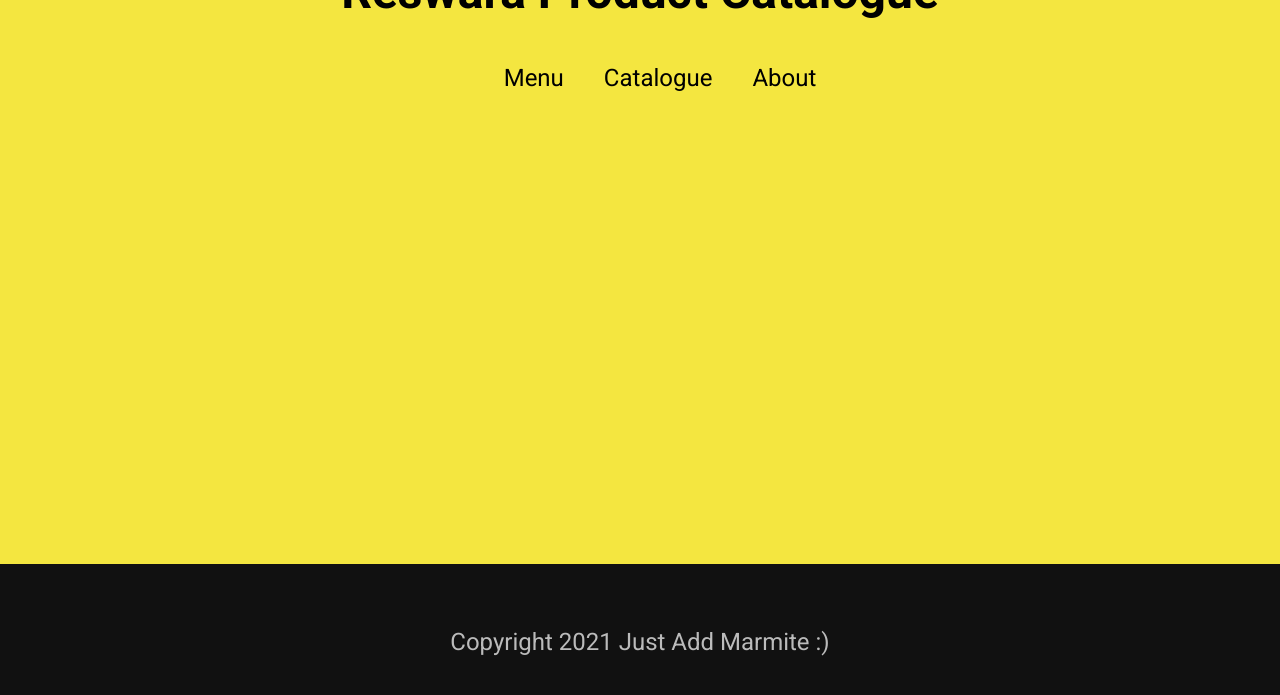
Repository: Fauzaanmhmd/Skripsi
Page: /
The author's editor kept a copy of each file at every save. The page is drawn from the files as they stood at one save, then again after the next save.
The browser window is 1280 px wide. The pictures show the whole page.
The project was rebuilt for these pictures with package versions that can differ from the ones it lists, and the page was loaded fresh each time. The framework's server and built-in components were replaced by stand-ins that run in the browser. Also part of the build but not shown: next.config.js.

Above is the page before, as saved 2021-05-24 20:50:59.

### pages/index.js
import { createClient } from "contentful"
import Layout from '../components/Layout'

export default function Recipes({ recipes }) {
  console.log(recipes)
  return (
    <Layout>
      Ini beranda
    </Layout>

  )
}

### styles/globals.css
@import url('https://fonts.googleapis.com/css2?family=Roboto:ital,wght@0,100;0,300;0,400;0,500;0,700;0,900;1,100;1,300;1,400;1,500;1,700;1,900&display=swap');

body {
  background: #F4E640;
  margin: 0;
  font-family: 'Roboto';
  font-size: 1.5em;
}
.layout {
  min-height: 100vh;
  display: flex;
  flex-direction: column;
}
header {
  text-align: center;
}
header a {
  text-decoration: none;
  color: black;
  text-transform: uppercase;
  display: inline-block;
}
header h1, header h2 {
  margin: 0;
}
header span {
  display: block;
  line-height: 1em;
}
header span:first-child {
  font-size: 1em;
  font-weight: 400;
}
header span:last-child {
  font-size: 1.5em;
  font-weight: 800;
}
header h2 {
  font-size: 1.2em;
  font-weight: 400;
}
footer {
  background: #111;
  color: #bbb;
  padding: 40px;
  text-align: center;
  margin-top: auto
}
.page-content {
  max-width: 1200px;
  margin: 20px auto 80px;
  padding: 0 20px;
  width: 100%;
  box-sizing: border-box;
}

.navbar {
  display: flex;
  justify-content: center;
  height: 100px;
  align-items: center;
  background-color: #F4E640;
  position: fixed;
  flex-direction: column;
  z-index: 999;
  width: 100%;
  margin-bottom: 150px;
}

ul{
  list-style-type: none;
  display: flex;
}

li {
  margin: 20px;
  cursor: pointer;
  border-bottom: 2px solid #F4E640;
}
li:hover {
background-color: transparent;
border-bottom: 2px solid black;
}
.navimg{
  position: absolute;
  left: 20px;
}

.zoom:hover {
  -ms-transform: scale(1.5); /* IE 9 */
  -webkit-transform: scale(1.5); /* Safari 3-8 */
  transform: scale(1.5);
  transition: transform .9s;
}

img {
  width: 550px;
  height: 380px;
  margin: 10px 30px 0px 30px;
  padding: 10px 20px 0px 20px;
  display: flex;
  justify-content: center;
  align-items: center;
  position: relative;
  cursor: pointer;
}

img:hover {
  -ms-transform: scale(1.1); /* IE 9 */
  -webkit-transform: scale(1.1); /* Safari 3-8 */
  transform: scale(1.1);
  transition: transform .9s;
}

.image {
  display: grid;
  grid-template-columns: repeat(2,minmax(0,1fr));
  grid-gap: .5rem;
  padding: 0 50px;
}

.button {
  cursor : pointer;
  margin: 0 30px;
  padding: 0 20px;
  width: 100px;
}

.button {
  cursor: pointer;
    margin-bottom: 30px;
    margin-top: 30px;
    margin-left: 0px;
    margin-right: 0px;
    padding-top: 10px;
    padding-bottom: 10px;
    border-top-width: 2px;
    border-bottom-width: 2px
}

.img-bg {
  display: flex;
  background-color: white;
  flex-direction: column;
  justify-content: center;
  align-items: center;
  width: 65%;
  height: 150px;
  margin: -50px 0px 40px 90px;
}

.zoom-dropdown:hover {
  -ms-transform: scale(1.5); /* IE 9 */
  -webkit-transform: scale(1.5); /* Safari 3-8 */
  transform: scale(1.5);
  transition: transform .9s;
}

### components/Layout.js
import Link from 'next/link'
import Navbar from './Navbar'

export default function Layout({ children }) {

  return (
    <div className="layout">
      <header>
        <Navbar />
      </header>

      <div className="page-content">
        {children}
      </div>



      <footer>
        <p>Copyright 2021 Just Add Marmite :)</p>
      </footer>
    </div >
  )
}

### components/Navbar.js
import Link from 'next/link'

const Navbar = props => {
    return (
        <div className="navbar">
            <h1 className="zoom">Reswara Product Catalogue</h1>
            <ul className="navbar_menu">
                <Link href="/">
                    <li className="zoom">Menu</li>
                </Link>
                <Link href="/catalogue">
                    <li className="zoom-dropdown">Catalogue</li>
                </Link>
                <Link href="/about">
                    <li className="zoom">About</li>
                </Link>
            </ul>
        </div>
    )
}

export default Navbar

Loaded but not shown: pages/_app.js (common file)

After the next save:
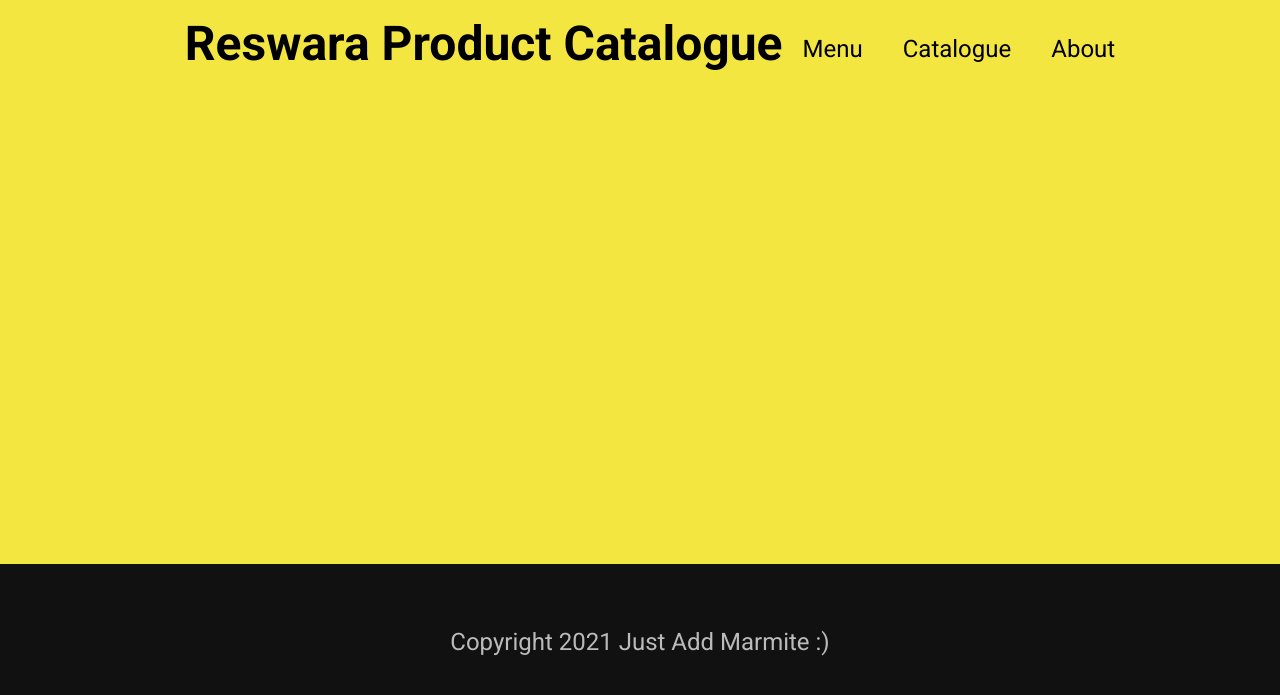
Saved 2 min 9 s later.
--- a/components/Navbar.js
+++ b/components/Navbar.js
@@ -3,8 +3,8 @@
 const Navbar = props => {
     return (
         <div className="navbar">
-            <h1 className="zoom">Reswara Product Catalogue</h1>
             <ul className="navbar_menu">
+                <h1 className="zoom">Reswara Product Catalogue</h1>
                 <Link href="/">
                     <li className="zoom">Menu</li>
                 </Link>

After the 3 saves that followed:
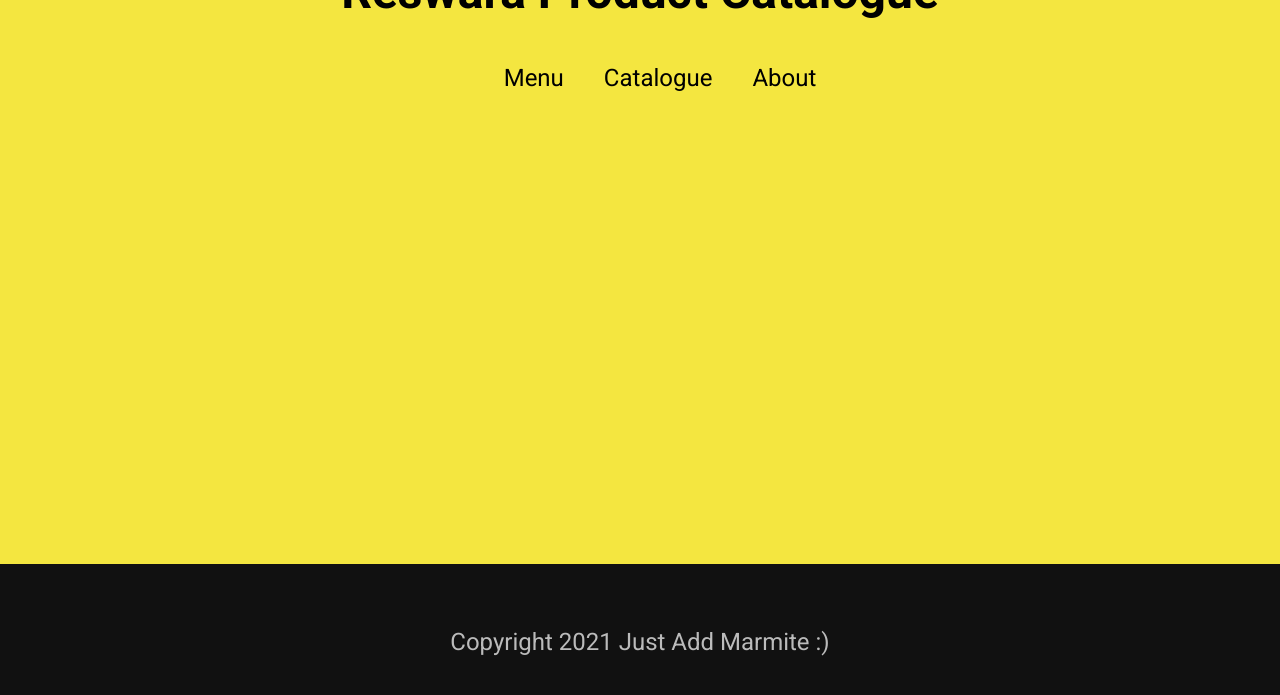
The 3 saves are shown as one change because 2 left the picture as it was.
The last was saved 56 s later.
--- a/components/Navbar.js
+++ b/components/Navbar.js
@@ -3,8 +3,8 @@
 const Navbar = props => {
     return (
         <div className="navbar">
+            <h1 className="zoom">Reswara Product Catalogue</h1>
             <ul className="navbar_menu">
-                <h1 className="zoom">Reswara Product Catalogue</h1>
                 <Link href="/">
                     <li className="zoom">Menu</li>
                 </Link>
